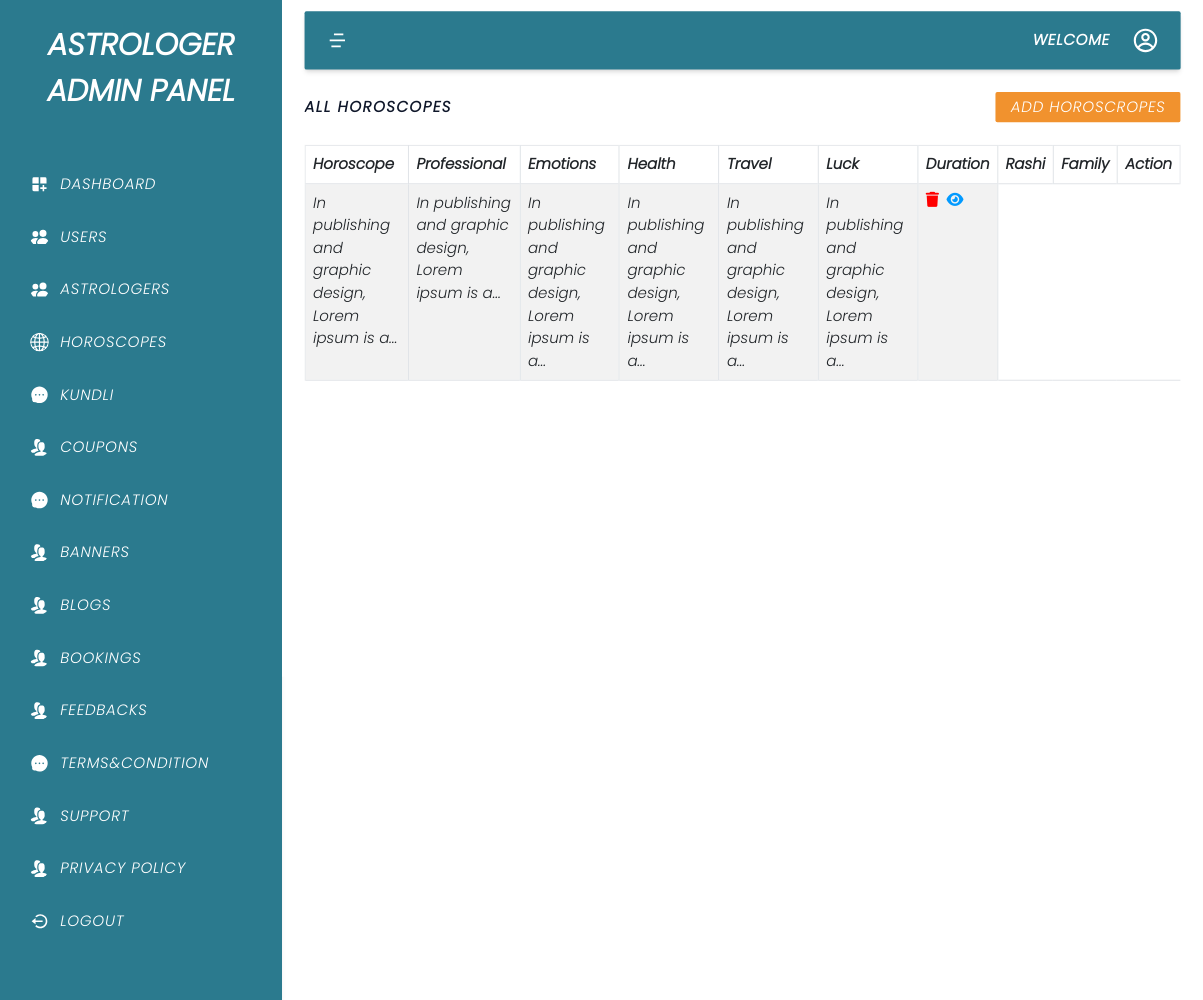
Repository: FlyweisReact/Hariom-Admin-Panel
Page: /horo
These files come from the project's save history. The page is drawn as it stood at one moment and after the next save; the edit follows.
The browser window is 1280 px wide. The pictures show the whole page, at 94% of full size.
The page's requests for data from a server got no answer. Some web libraries are served in a nearby version. The project was rebuilt for these pictures with package versions that can differ from the ones it lists, and the page was loaded fresh each time. No one was signed in, and anything a server would have sent is missing. Also part of the build but not shown: src/vendorPanel/forms/VendorLogin.jsx, src/vendorPanel/pages/AdminDiscount.js, src/vendorPanel/pages/AdminReview.js, src/vendorPanel/pages/Astrologers.js, src/vendorPanel/pages/Banners.js, src/vendorPanel/pages/Booking.js, src/vendorPanel/pages/Kundli.js, src/vendorPanel/pages/Message.js and 23 more.

Above is the page before, as saved 2023-04-18 13:22:11.

After the next save:
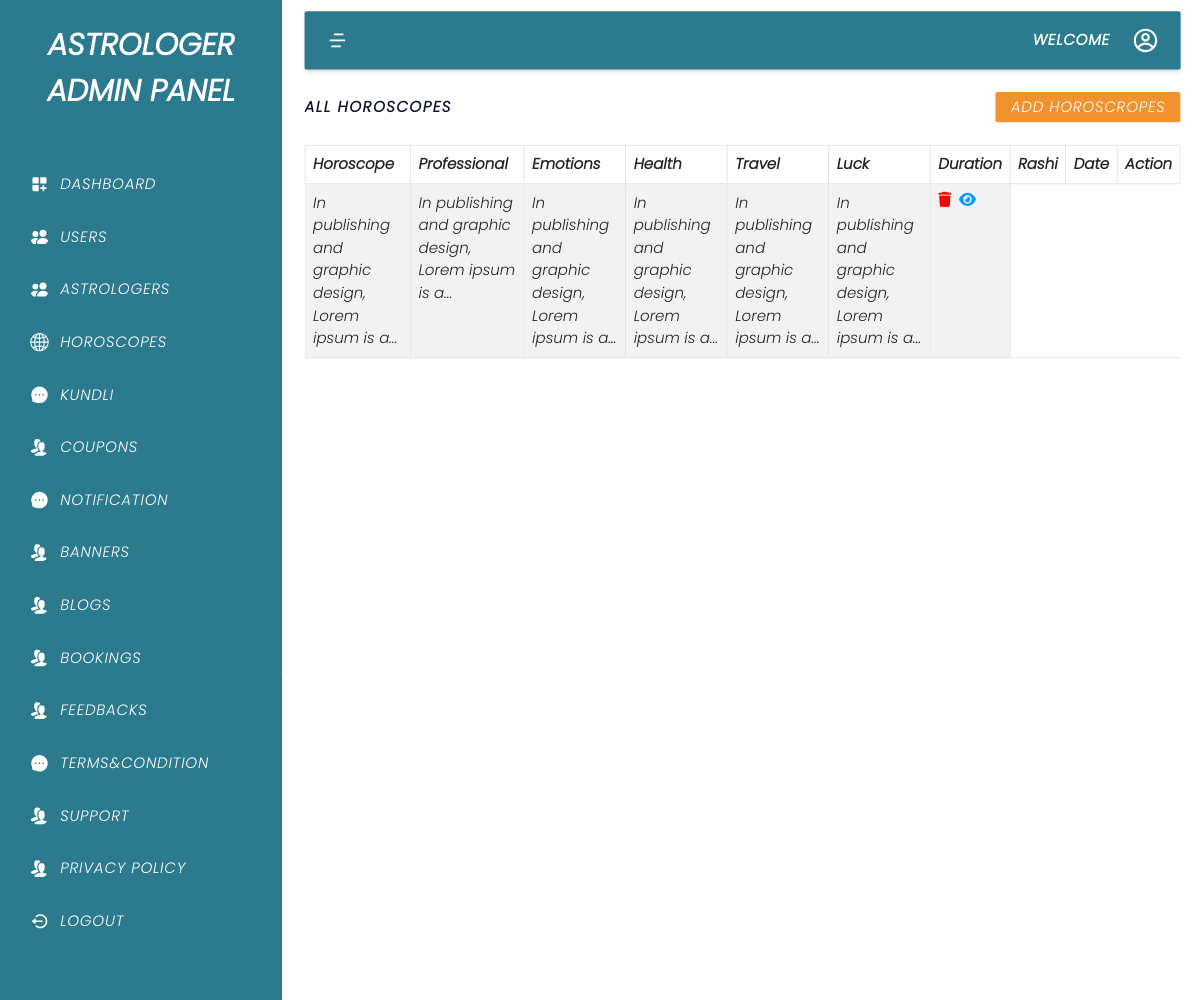
Saved 5 s later.
--- a/src/vendorPanel/pages/Horoscope.js
+++ b/src/vendorPanel/pages/Horoscope.js
@@ -171,7 +171,7 @@ const Horoscope = () => {
               <th>Luck</th>
               <th>Duration</th>
               <th>Rashi</th>
-              <th>Family</th>
+              <th>Date</th>
               <th>Action</th>
             </tr>
           </thead>
